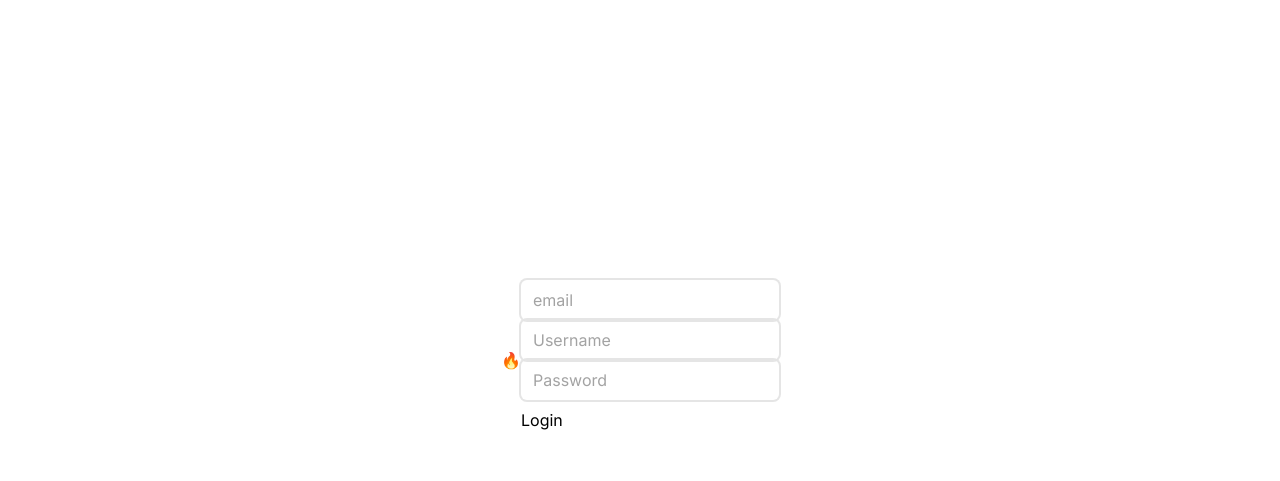
Repository: ParkSeokgyu/tweets
Page: /login
An editor plug-in stored every save of this project. The page is shown before and after the next save, followed by the edit.
The browser window is 1280 px wide. The pictures show the whole page.
The project was rebuilt for these pictures with package versions that can differ from the ones it lists, and the page was loaded fresh each time. The framework's server and built-in components were replaced by stand-ins that run in the browser. Also part of the build but not shown: next.config.mjs.

Above is the page before, as saved 2024-08-14 11:00:18.

### app/layout.tsx
import type { Metadata } from "next";
import { Inter } from "next/font/google";
import "./globals.css";

const inter = Inter({ subsets: ["latin"] });

export const metadata: Metadata = {
  title: "Create Next App",
  description: "Generated by create next app",
};

export default function RootLayout({
  children,
}: Readonly<{
  children: React.ReactNode;
}>) {
  return (
    <html lang="ko">
      <body className={inter.className}>
        {children}
      </body>
    </html>
  );
}

### app/login/page.tsx
"use client"

import Button from "@/components/button"
import Input from "@/components/input"

export default function Login() {
  return (
    <div className="min-h-screen flex items-center justify-center">
      <div>
        <h1>🔥</h1>
      </div>
      <form action="">
        <Input
          name="email"
          type="email"
          placeholder="email"
          required
          errors={[]}
        />
        <Input
          name="username"
          type="text"
          placeholder="Username"
          required
          errors={[]}
        />
        <Input
          name="password"
          type="password"
          placeholder="Password"
          required
          errors={[]}
        />

        <Button text="Login" />
      </form>
    </div>
  )
}

### components/button.tsx
"use client"
import { useFormStatus } from "react-dom";

interface ButtonProps {
  text: string;
}

export default function Button({ text }: ButtonProps) {

  const { pending } = useFormStatus(); //

  return (
    <button
      disabled={pending}
      className="primary-btn h-10 disabled:bg-neutral-400  disabled:text-neutral-300 disabled:cursor-not-allowed"
    >

      {pending ? "로딩 중..." : text}

    </button>
  );
}

### components/input.tsx
interface InputProps {
  type: string;
  placeholder: string;
  required: boolean;
  errors?: string[];
  name: string;
}

export default function Input({type, placeholder, required, errors=[], name}: InputProps) {
  return (
    <div className="flex flex-col gap-2">
      <input
        className="
          bg-transparent rounded-md w-full h-10 focus:outline-none ring-2 focus:ring-4 transition ring-neutral-200 focus:ring-orange-500 border-none placeholder:text-neutral-400 px-3"
        name={name}
        type={type}
        placeholder={placeholder}
        required={required}
      />

      {errors?.map((error, index) => (
        <span key={index} className="text-red-500 font-medium">
          {error}
        </span>
      ))}
    </div>
  )
}

Loaded but not shown: app/globals.css (common file); tailwind.config.ts (common file)

After the next save:
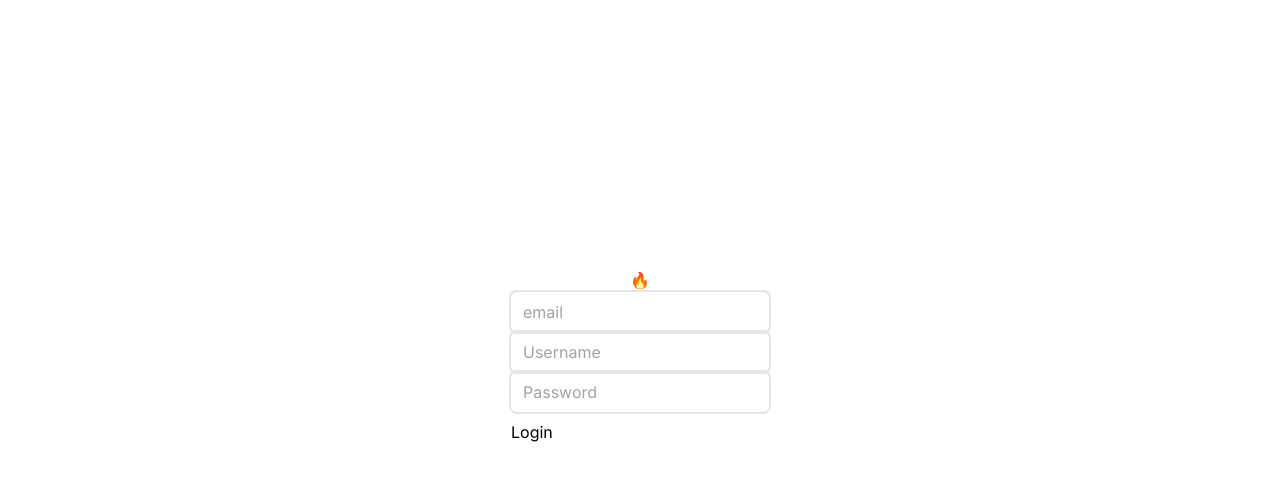
Saved 3 min 41 s later.
--- a/app/login/page.tsx
+++ b/app/login/page.tsx
@@ -5,7 +5,7 @@ import Input from "@/components/input"
 
 export default function Login() {
   return (
-    <div className="min-h-screen flex items-center justify-center">
+    <div className="min-h-screen flex items-center justify-center flex-col">
       <div>
         <h1>🔥</h1>
       </div>
